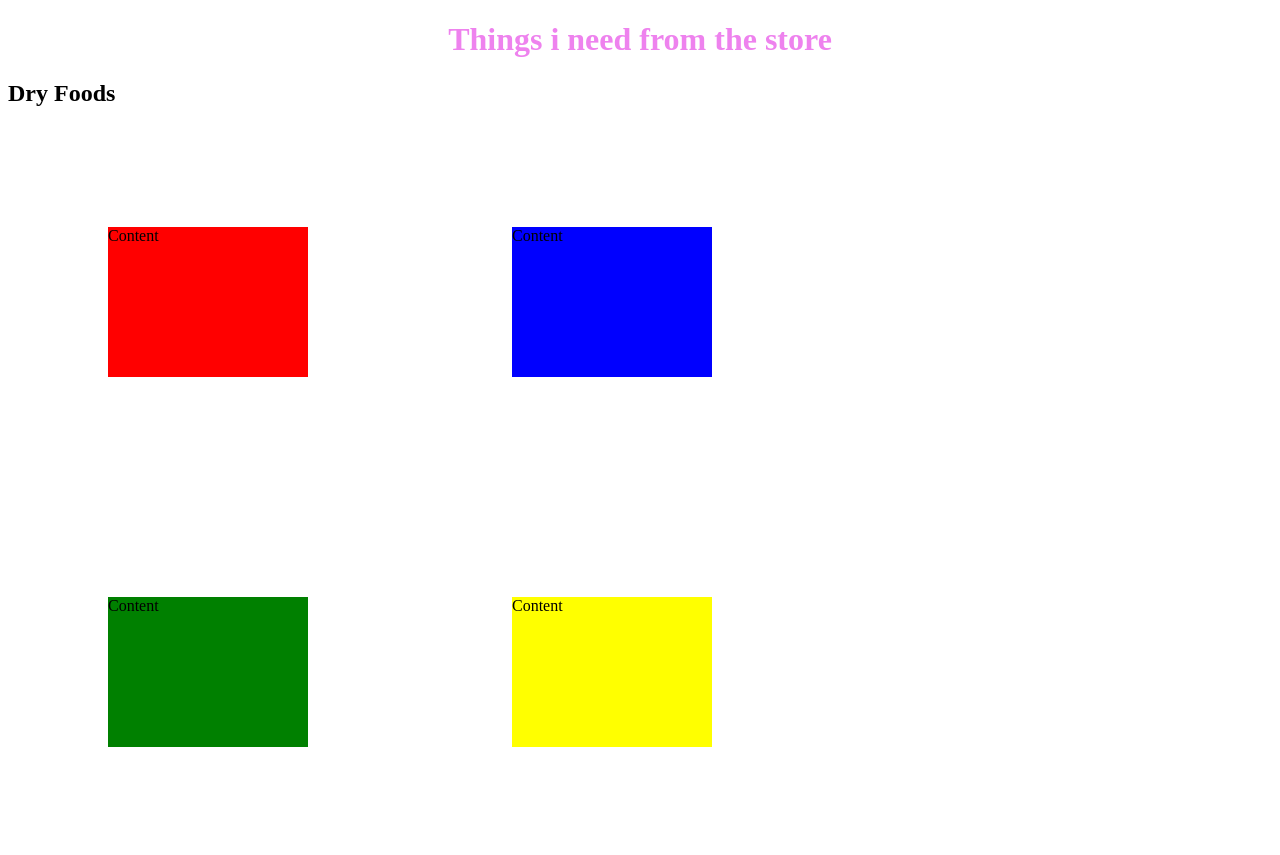
Repository: TheTroyPhillips/Block14
Page: Coursework/Block06/index.html
These files come from the project's save history. The page is drawn as it stood at one moment and after the next save; the edit follows.
The browser window is 1280 px wide. The pictures show the whole page.

Above is the page before, as saved 2023-08-29 17:26:33.

### Coursework/Block06/index.html
<!DOCTYPE html>
<html lang="en">
<head>
    <meta charset="UTF-8">
    <meta name="viewport" content="width=device-width, initial-scale=1.0">
    <title>Troy's Grocery List</title>
    <link rel="stylesheet" href="styles.css">
</head>
<body>
    <h1> Things i need from the store</h1>
    <h2> Dry Foods</h2>
      <div class="Box Red"> Content </div>
      <div class="Box Blue"> Content </div>
    <h2></h2>
      <div class="Box Green"> Content </div>
      <div class="Box Yellow"> Content </div>




</body>
</html>

### Coursework/Block06/styles.css
h1 {
    color: violet;
    text-align: center;
}
h2 {
    margin-top: ;
}
.Box{
    width: 200px;
    height:150px;
    color: black;
    display: inline-block;
    margin-right: 200px;
    margin: 100px;
}
.Red{
    background-color: red;
}
.Blue{
    background-color: blue;
}
.Green{
    background-color: green;
}
.Yellow{
    background-color: yellow;
}

After the next save:
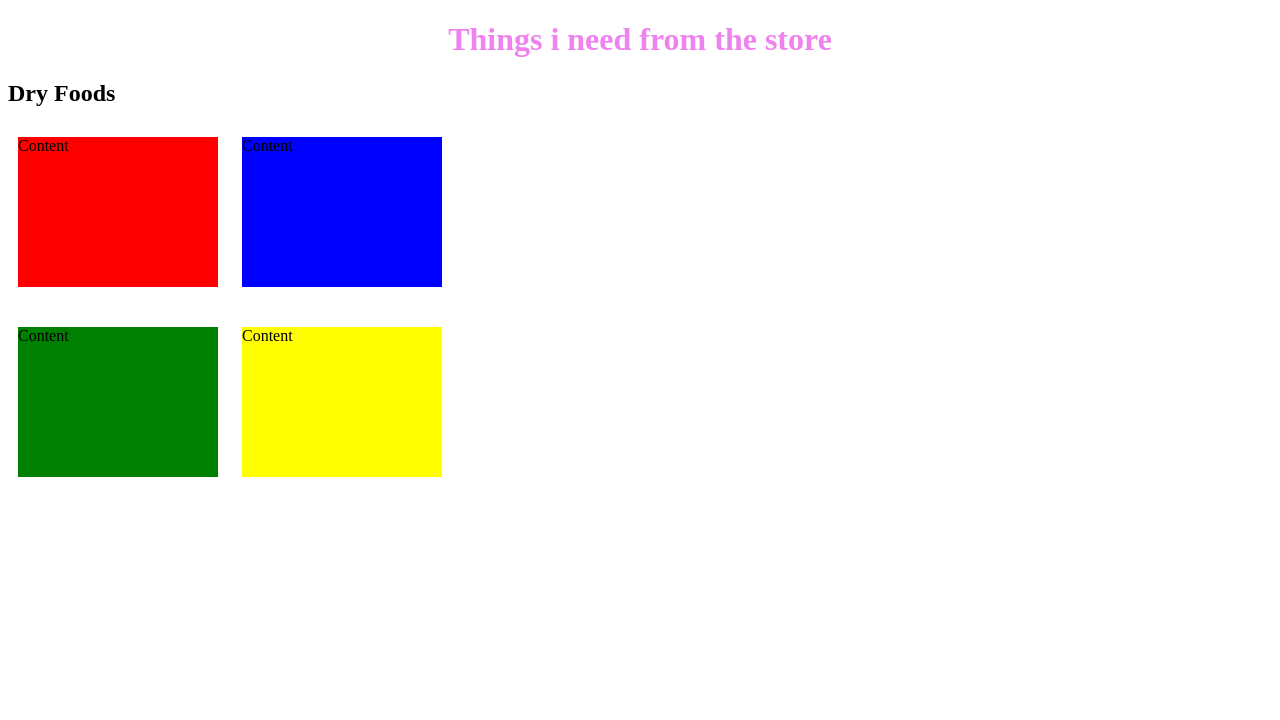
Saved 12 s later.
--- a/Coursework/Block06/styles.css
+++ b/Coursework/Block06/styles.css
@@ -11,7 +11,7 @@ h2 {
     color: black;
     display: inline-block;
     margin-right: 200px;
-    margin: 100px;
+    margin: 10px;
 }
 .Red{
     background-color: red;
